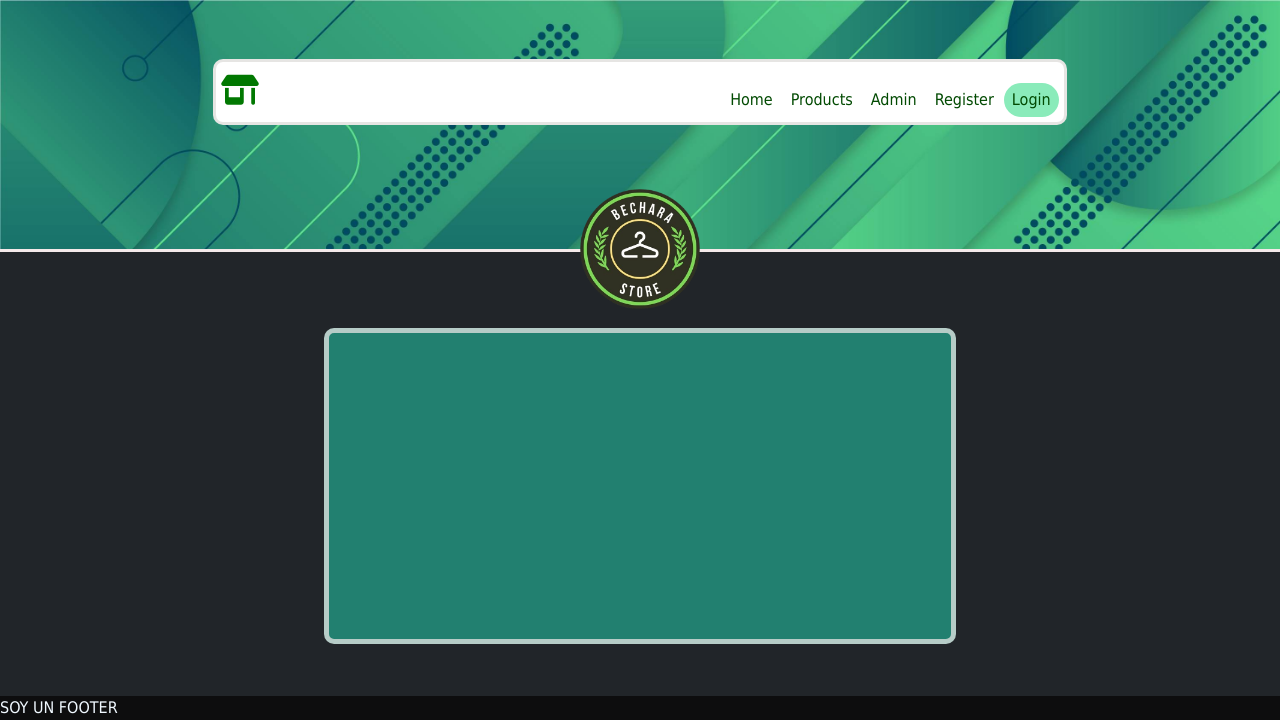
Repository: bechara611/becharastore
Page: /auth
These files come from the project's save history. The page is drawn as it stood at one moment and after the next save; the edit follows.
The browser window is 1280 px wide. The pictures show the whole page.
The project was rebuilt for these pictures with package versions that can differ from the ones it lists, and the page was loaded fresh each time. Also part of the build but not shown: src/Auth/components/Register.jsx.

Above is the page before, as saved 2023-01-27 15:34:45.

### public/index.html
<!DOCTYPE html>
<html lang="en">
  <head>
    <meta charset="utf-8" />
    <link rel="icon" href="%PUBLIC_URL%/favicon.ico" />
    <meta name="viewport" content="width=device-width, initial-scale=1" />
    <meta name="theme-color" content="#000000" />
    <meta
      name="description"
      content="Web site created using create-react-app"
    />
    <link rel="apple-touch-icon" href="%PUBLIC_URL%/logo192.png" />
    <link rel="preconnect" href="https://fonts.googleapis.com">
    <link rel="stylesheet" href="https://cdnjs.cloudflare.com/ajax/libs/font-awesome/6.2.1/css/all.min.css" integrity="sha512-MV7K8+y+gLIBoVD59lQIYicR65iaqukzvf/nwasF0nqhPay5w/9lJmVM2hMDcnK1OnMGCdVK+iQrJ7lzPJQd1w==" crossorigin="anonymous" referrerpolicy="no-referrer" />
<link rel="preconnect" href="https://fonts.gstatic.com" crossorigin>
<link rel="preconnect" href="https://fonts.googleapis.com">
<link rel="preconnect" href="https://fonts.gstatic.com" crossorigin>
<link href="https://fonts.googleapis.com/css2?family=Montserrat:ital,wght@0,100;0,200;0,300;0,400;0,500;0,600;0,700;0,800;0,900;1,100;1,200;1,300;1,500;1,700;1,800;1,900&family=Shadows+Into+Light&display=swap" rel="stylesheet">
    <!--
      manifest.json provides metadata used when your web app is installed on a
      user's mobile device or desktop. See https://developers.google.com/web/fundamentals/web-app-manifest/
    -->
    <link rel="manifest" href="%PUBLIC_URL%/manifest.json" />
    <!--
      Notice the use of %PUBLIC_URL% in the tags above.
      It will be replaced with the URL of the `public` folder during the build.
      Only files inside the `public` folder can be referenced from the HTML.

      Unlike "/favicon.ico" or "favicon.ico", "%PUBLIC_URL%/favicon.ico" will
      work correctly both with client-side routing and a non-root public URL.
      Learn how to configure a non-root public URL by running `npm run build`.
    -->

<link href="https://cdn.jsdelivr.net/npm/bootstrap@5.2.3/dist/css/bootstrap.min.css" rel="stylesheet" >


  </head>
  <body>
    <noscript>You need to enable JavaScript to run this app.</noscript>
    <div id="root"></div>
    <!--
      This HTML file is a template.
      If you open it directly in the browser, you will see an empty page.

      You can add webfonts, meta tags, or analytics to this file.
      The build step will place the bundled scripts into the <body> tag.

      To begin the development, run `npm start` or `yarn start`.
      To create a production bundle, use `npm run build` or `yarn build`.
    -->
    <script src="https://cdn.jsdelivr.net/npm/bootstrap@5.2.3/dist/js/bootstrap.bundle.min.js" integrity="sha384-kenU1KFdBIe4zVF0s0G1M5b4hcpxyD9F7jL+jjXkk+Q2h455rYXK/7HAuoJl+0I4" crossorigin="anonymous"></script>
  </body>

</html>

### src/index.js
import React from 'react';
import ReactDOM from 'react-dom/client';
import './index.css';
import {App} from './App';
import { BrowserRouter } from 'react-router-dom';
import 'animate.css';

const root = ReactDOM.createRoot(document.getElementById('root'));
root.render(
    <BrowserRouter>
    <App />
    </BrowserRouter>
);

### src/index.css

:root {
    --verde1: rgb(2, 74, 2);
    --verde2:rgb(1, 120, 1);
    --verde3:rgb(23, 215, 119,.5);
  }


*{
    color: aliceblue;
    /* font-family: 'Montserrat', sans-serif; */
    font-family: 'Droid Sans', Tahoma, Geneva, Verdana, sans-serif;

}

.fondito{
    background: red;
}
.fondito2{
    background: purple;
}

### src/App.jsx
import React from 'react'
import { Caparazon } from './UI/Components/Caparazon'
import { ContenedorPrincipal } from './UI/Components/ContenedorPrincipal'
import { Header } from './UI/Components/Header'
import { Footer } from './UI/Components/Footer'
import { MainCuerpo } from './UI/Components/MainCuerpo'
export const App = () => {
  return (
    <>
      {/*Primero el caparazon de la pagina, que es un div que tiene un 100vh de altura, el cual en el obtiene a sus children:
    esto children son el Header ocupando el 30vh y el Contenedor Principal ocupando el 70vh restante.
  */}
      <Caparazon>
        <Header></Header>
        <ContenedorPrincipal> {/*El contenedor principal a su vez lleva sus hijos dos elementos, el footer que le pusimos absolute para ubicarlo de ultimo y el MainCuerpo que tienes las rutas */}
          <MainCuerpo></MainCuerpo>{/*Este MainCuerpo tiene las rutas de la aplicacion, es el main de la pagina y lo que va a cambiar dependiendo donde estemos */}


          <Footer></Footer>  {/*Este es el footer que utilizamos para el pie de pagina, tiene posicion absolute como dije anteriormnete */}
        </ContenedorPrincipal>


      </Caparazon>
    </>

  )
}

### src/UI/Components/Caparazon.jsx
import React from 'react'
import './Caparazon.css'
export const Caparazon = ({ children }) => {
    return (
        <>
{/*Caparazon princiapal donde el mismo tiene un flex en colum, adentro tiene sus hijos que son un div que
ocupe el 70vh donde eesta todo lo demas y el 30vh primero es del header */}
            <div className='caparazonPrincipal bg-dark'>

                {children}

            </div>
        </>
    )
}

### src/UI/Components/ContenedorPrincipal.jsx
import React from 'react'
import './ContenedorPrincipal.css'
export const ContenedorPrincipal = ({ children }) => {
  return (
    <div className='ContenedorPrincipal'>
    {/*Aca de hijos tendran las rutas para verse en el medio y el footer, este tiene un position relative para que su hijo footer pueda
  ubicarse en la parte de abajo */}
      {children}
    </div>
  )
}

### src/UI/Components/Header.jsx
import React from 'react'
import './Header.css'
import { MenuNavbar } from './MenuNavbar'
import brand from './../../img/brand2.png'


export const Header = () => {
  return (
    <>
      {/*El header ocupa el 30vh de la pagina, el primer div lo tiene, aca se incorpora el nav y el logo. */}
      <div className="header">
        <div className="col-12">


          <MenuNavbar></MenuNavbar>
          <div className="row">
            <div className="col-12 filaLogoHeader">
              <img src={brand} className='brand animate__animated animate__flip' id='brand' alt="brand" />

            </div>
          </div>

        </div>

      </div>



    </>
  )
}

### src/UI/Components/Footer.jsx
import React from 'react'
import './Footer.css'
export const Footer = () => {
  return (
    <>
    {/*Aca este footer le estamos colocando una posicion absolute y a su padre relativa para poder ubicarlo al final de su div padre */}
    <div className="footer col-12">SOY UN FOOTER</div>
    </>

  )
}

### src/UI/Components/MainCuerpo.jsx
import React from 'react'
import { RouterApp } from '../../router/Routes'
import './MainCuerpo.css'

export const MainCuerpo = () => {

  return (
    <>
    {/*Aca se guardan las rutas como tal de la aplicacion y es llamado adentro de contenedorPrincipal */}
    <RouterApp></RouterApp>
    </>
    )
}

### src/UI/Components/Caparazon.css
/*Estilos del caparazon como tal principal*/
    /*Aca colocamos que el caparazonPrincipal ocupa toda la pantalla, y una direccion en column para que el header sea de 30vh y el resto el otro div  */
.caparazonPrincipal{
    display: flex;
    flex-direction: column;
    justify-content: space-between;
    min-height: 100vh;

}

### src/UI/Components/ContenedorPrincipal.css
/*Aca al contenedor ponemos positionRelative para que el footer pueda tener una posicion absoluta y se pueda posicionar al final*/
.ContenedorPrincipal{
    min-height: 65vh;

    position: relative;
}

### src/UI/Components/Header.css
.header {
    display: flex;
    background: rgb(157, 240, 194) url("./../../img/Header2.jpg");
    background-color: rgb(18, 18, 18);
    background-repeat: no-repeat;
    background-attachment: fixed;
    background-size: cover;
    background-position: top center;
    min-height: 30%;
    height: 35vh;
    max-height: 35vh;
    width: 100%;
    min-width: 100%;
    position: relative;
    border-bottom: 3px solid rgb(244, 233, 233);
}

/*Aca estoy posicion en el medio el logo como tal del header y luego abajo le pongo una posicion absolute para moverlo*/
.filaLogoHeader {
    display: flex;
    flex-direction: row;
    justify-content: center;

}

.brand {
    width: 150px;
    height: 150px;
    max-height: 150px;
    max-width: 150px;
    min-height: 150px;
    position: absolute;
    bottom: -30%;
  z-index: 1000;

}

/*?RESPONSIVE*/


@media(max-width:500px){

    .brand {
        width: 120px;
        height:120px;
        max-height: 120px;
        max-width: 120px;
        min-height: 120px;
        position: absolute;
        bottom: 0%;

    }
}

### src/UI/Components/MenuNavbar.jsx
import React from 'react'
import { NavLink } from 'react-router-dom';
import { Animacionlogo } from '../helper/AnimacionAlLogo';
import './MenuNavbar.css'

export const MenuNavbar = () => {
    return (
        <>
            {/**Aca va el navBar de la aplicacion que tendra el menu */}
            <div className="col-12 contenedor-nav">
                <nav className="navbar navbar-expand-md  menunav col-8 ">


                  <NavLink to={'/'}> <i className="fa-solid fa-shop marca"></i></NavLink>


                    <button
                        className="navbar-toggler"
                        type="button"
                        data-bs-toggle="collapse"
                        data-bs-target="#navbarNavAltMarkup"
                        aria-controls="navbarNavAltMarkup"
                        aria-expanded="false"
                        aria-label="Show / Hide Menu"
                    >
                        <span className="navbar-toggler-icon"></span>
                    </button>
                    <div className="collapse navbar-collapse mt-3" id="navbarNavAltMarkup">
                        <div className="navbar-nav col-12  contenedor-interno-nav">
                            <NavLink className={ ({isActive}) => `nav-item nav-link  ${ isActive ? 'activeLink':'' }` } to={'/'} onClick={()=>Animacionlogo()}>
                            Home</NavLink>

                            <NavLink className={ ({isActive}) => `nav-item nav-link  ${ isActive ? 'activeLink':'' }` } to={'/Products'} onClick={()=>Animacionlogo()}>Products</NavLink>
                            <NavLink className={ ({isActive}) => `nav-item nav-link  ${ isActive ? 'activeLink':'' }` } to={'/admin'} onClick={()=>Animacionlogo()}>Admin</NavLink>
                            <NavLink className={ ({isActive}) => `nav-item nav-link  ${ isActive ? 'activeLink':'' }` } to={'/Register'} onClick={()=>Animacionlogo()}>Register</NavLink>
                            <NavLink className={ ({isActive}) => `nav-item nav-link   ${ isActive ? 'activeLink':'' }` } to={'/auth'} onClick={()=>Animacionlogo()}>Login</NavLink>
                            </div>
                    </div>
                </nav>
            </div>
        </>
    )
}

### src/UI/Components/Footer.css
.footer{
    background: rgb(13, 13, 14);
    position: absolute;
    bottom: 0%;

}

### src/router/Routes.jsx
import React from 'react'
import { Navigate, Route, Routes } from 'react-router-dom'
import { Login } from '../Auth/components/Login'
import { Register } from '../Auth/components/Register'

/*Este componente es nuestro router, que segun la URL donde estemos mostrada:
1) Una pagina Home
2) Pagina de registro
3) Pagina de login
4) Pagina de Productos
*/

export const RouterApp = () => {
  return (
    <Routes>
    <Route path='/' element={<h1>Home</h1>}></Route>
    <Route path='/auth' element={<Login></Login>}></Route>
    <Route path='/Register' element={<Register></Register>}></Route>
    <Route path='/Products' element={<h1>Productos</h1>}></Route>
    <Route path='/admin' element={<h1>Admin</h1>}></Route>
    <Route path='/*' element={<Navigate to={'/'}></Navigate>}></Route>
    </Routes>
  )
}

### src/UI/helper/AnimacionAlLogo.js
export const Animacionlogo=()=>{
    const elemento= document.getElementById('brand');
    elemento.classList.remove('animate__flip')

    setTimeout(() => {
     elemento.classList.add('animate__flip')
    }, 200);
    return true;
}

### src/UI/Components/MenuNavbar.css
.contenedor-nav {
    position: fixed;
    display: flex;
    flex-direction: row;
    justify-content: center;
    align-self: center;
    align-items: center;
    position: absolute;
    bottom: 50%;
    z-index: 2;

}
.marca{
 font-size: 30px;
 color: black;
 color: var(--verde2);
 padding-right: 10px;

}

.menunav {
    background: rgba(255, 255, 255, 1);
    border-radius: 10px;
    padding: 5px;
    border: 3px solid rgba(205, 204, 200, 0.5);
    flex-wrap: wrap;
    display: flex;

}

/*Esta parte es el contenedor que tiene el navbar de los navLink es decir, menu como tal.
Estoy diciendo que normalmente estaran a la derecha.
*/
.contenedor-interno-nav {
    display: flex;
    flex-direction: row;
    justify-content: flex-end;
    flex-wrap: wrap;

}
/*Diseno a los links como tal*/
.nav-link{
    margin-left: 2px;
    color: var(--verde1);
    font-weight: 400;
    background: rgb(44, 232, 138,0);
    border-radius: 30px;
    padding: 5px;

}
.nav-link:hover{
   color: var(--verde2)

}
.activeLink{  background: var(--verde3);
    border-radius: 30px;}

/**-----------------------------------------------------------------------------*/

/*?RESPONSIVE*/

/*Para este apartado cuando llegue a cierto tamaño como tal el nav se pondra mas abajo para que al darle al boton se abra y se pueda apreciar y no quede muy arriba*/
@media(max-width:500px) {
    .contenedor-nav {
       position: sticky;

    }
    /*Aca haces que el navBar tenga todo el tamaño al llegar a dispositivos pequeños*/
    .menunav {
        width: 100%;

    }
}

/*SERIE DE RESPONSIVES A LOS PADDING DE LAS OPCIONES DEL MENU*/

@media(max-width:375px){
    .nav-link{
        margin-left: 5px;
    }
}

@media(max-width:262px){
    .nav-link{
        margin-left: 10px;
    }
    .menunav{
        justify-content: center;
        text-align: center;
        align-items: center;
        align-self: center;
    }
}

/*Necesidad de que el nav el menu se pongan o separados o uno debajo del otro cuando se active el boton del collapse*/
@media(max-width:992px) {
    .contenedor-interno-nav {
        justify-content: space-around;
    }
}

### src/Auth/components/Login.jsx
import React from 'react'
import './Login.css'
export const Login = () => {
  return (
    <>
    <div className="contenedor-login col-12">
    <div className="col-12 col-sm-10 col-md-8 col-lg-6 contenedor-form ">


    </div>

    </div>
    </>
  )
}

### src/Auth/components/Login.css
/*Aca estamos poniendo el tamano del contenedor en 65vh para que sea igual que el espacio que le dimo a
contenedorPrincipal y asi poder centrar el div que tiene el login o registro*/
.contenedor-login {
    height: 65vh;
    display: flex;
    flex-direction: row;
    justify-content: center;
    align-items: center;
    padding: 8px;

}

.contenedor-form {
    background: rgba(34,128,112,255);
    border-radius: 10px;
    border: 5px solid rgba(245, 237, 237, 0.7);
    height: 70%;
}

Loaded but not shown: src/UI/Components/MainCuerpo.css (no stored copy; drawn as an empty file)

After the next save:
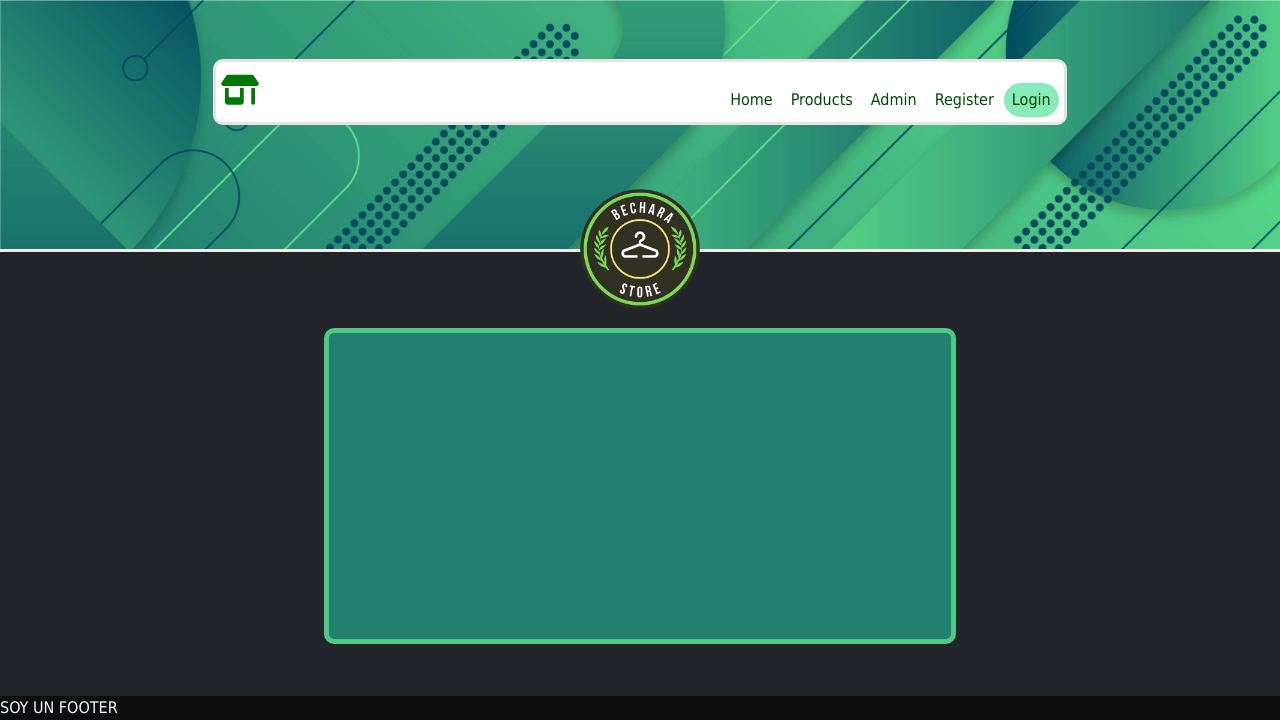
Saved 32 s later.
--- a/src/Auth/components/Login.css
+++ b/src/Auth/components/Login.css
@@ -13,6 +13,6 @@
 .contenedor-form {
     background: rgba(34,128,112,255);
     border-radius: 10px;
-    border: 5px solid rgba(245, 237, 237, 0.7);
+    border: 5px solid rgba(78,202,132,255);
     height: 70%;
 }
